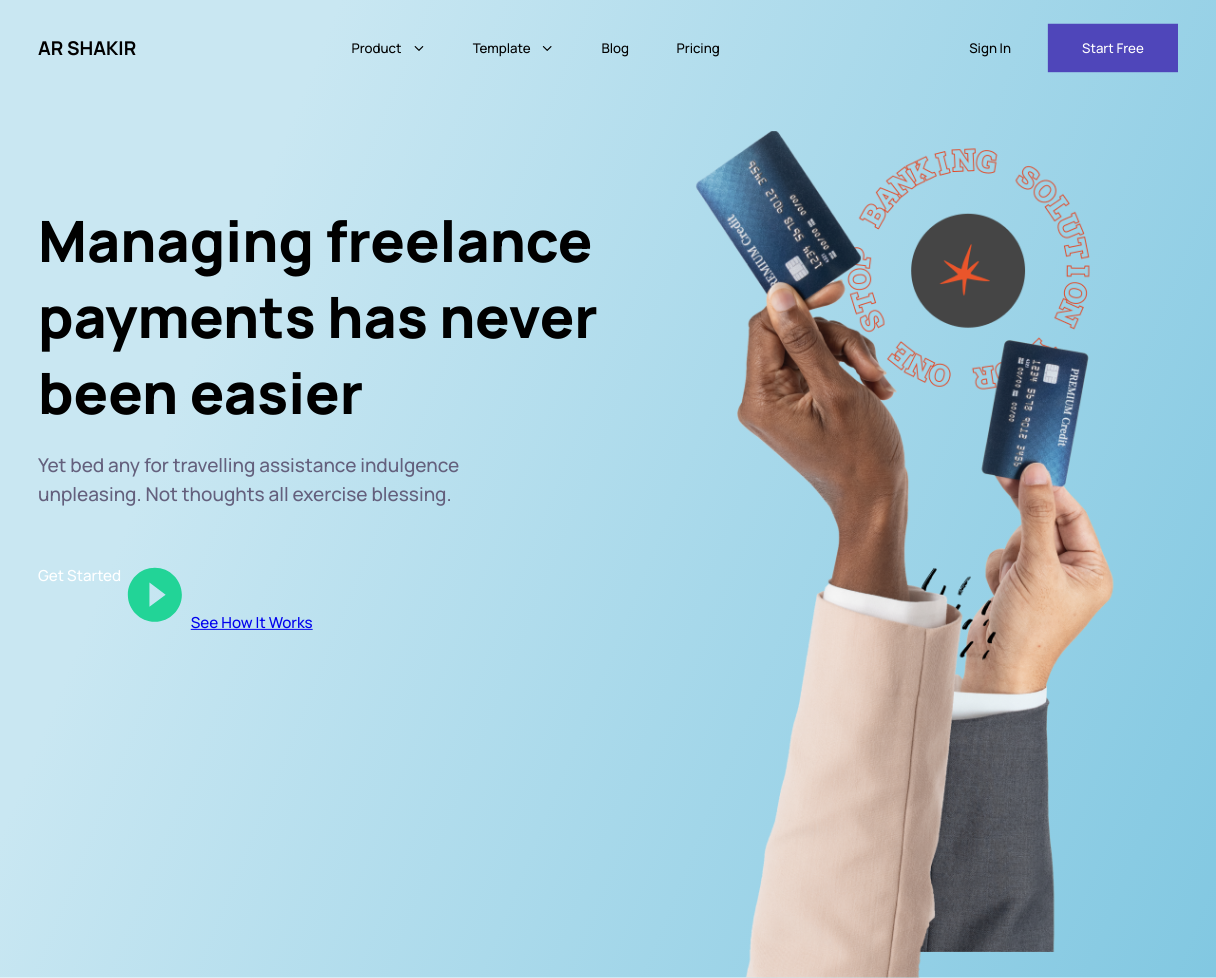
Repository: duongdori/ARShakir
Page: index.html
These files come from the project's save history. The page is drawn as it stood at one moment and after the next save; the edit follows.
The browser window is 1280 px wide. The pictures show the whole page, at 95% of full size.

Above is the page before, as saved 2022-04-02 16:49:06.

### index.html
<!DOCTYPE html>
<html lang="en">
<head>
    <meta charset="UTF-8">
    <meta http-equiv="X-UA-Compatible" content="IE=edge">
    <meta name="viewport" content="width=device-width, initial-scale=1.0">
    <title>AR SHAKIR</title>
    <link rel="preconnect" href="https://fonts.googleapis.com">
    <link rel="preconnect" href="https://fonts.gstatic.com" crossorigin>
    <link href="https://fonts.googleapis.com/css2?family=Manrope:wght@400;500;600;700;800&display=swap" rel="stylesheet">

    <link rel="stylesheet" href="./assets/css/main.css">
</head>
<body>
    <div class="wrapper">
        <header class="header">
            <div class="header-top">
                <div class="container">
                    <div class="header-logo">AR Shakir</div>
                    <ul class="header-menu">
                        <li class="header-menu-item">
                            <a href="#" class="header-menu-item-link">Product</a>
                            <a href="#" class="header-menu-item-icon">
                                <ion-icon name="ios-arrow-down"></ion-icon>
                            </a>
                        </li>
                        <li class="header-menu-item">
                            <a href="#" class="header-menu-item-link">Template</a>
                            <a href="#" class="header-menu-item-icon">
                                <ion-icon name="ios-arrow-down"></ion-icon>
                            </a>
                        </li>
                        <li class="header-menu-item">
                            <a href="#" class="header-menu-item-link">Blog</a>
                        </li>
                        <li class="header-menu-item">
                            <a href="#" class="header-menu-item-link">Pricing</a>
                        </li>
                    </ul>
                    <div class="header-login">
                        <a href="#" class="header-login-signin">Sign In</a>
                        <a href="#" class="header-login-startfree">Start Free</a>
                    </div>
                </div>
            </div>
            <div class="container">
                <div class="header-main">
                    <div class="header-content">
                        <h1 class="header-content-heading">
                            Managing freelance payments has never been easier
                        </h1>
                        <p class="header-content-desc">
                            Yet bed any for travelling assistance indulgence unpleasing. Not thoughts all exercise blessing.
                        </p>
                        <div class="header-content-btn">
                            <a class="header-content-getstarted_btn">Get Started</a>
                            <div class="header-content-see_btn">
                                <ion-icon name="play-circle" class="header-content-see_btn-icon" ></ion-icon>
                                <a href="#" class="header-content-see_btn-link">See How It Works</a>
                            </div>
                        </div>
                    </div>
                    <img srcset="./assets/images/img1.png 2x" class="header-img" alt="">
                </div>
            </div>
        </header>
    </div>
</body>
<script  src = "https://unpkg.com/ionicons@4.5.10-0/dist/ionicons.js" > </script >
</html>

### assets/css/main.css
*, *::before, *::after {
  box-sizing: border-box;
}
* {
  margin: 0;
}

html, body {
  height: 100%;
}
body {
  line-height: 1.5;
  -webkit-font-smoothing: antialiased;
  -webkit-tap-highlight-color: rgba(0,0,0,0);
}

img, picture, video, canvas, svg {
  display: block;
  max-width: 100%;
}
input, button, textarea, select {
  font: inherit;
  outline: none;
  border: none;
}
p, h1, h2, h3, h4, h5, h6 {
  overflow-wrap: break-word;
}

:root {
    --primary-font: "Manrope";
    --primary-text-color: #000;
}
body {
    font-family: var(--primary-font);
    font-weight: 500;
}

.wrapper {
    max-width: 1440px;
    margin: 0 auto;
}

.container {
    max-width: 1200px;
    margin: 0 auto;
}

.header{
    background: linear-gradient(292.12deg, #62BADA -35.02%, #C9E7F2 78.96%);
}

.header-top{
    padding-top: 38px;
}

.header-top .container {
    display:flex;
    justify-content: space-between;
    align-items: center;
}

.header-logo{
    font-weight: 700;
    font-size: 20px;
    line-height: calc(25 / 20);
    text-transform: uppercase;
    color: var(--primary-text-color);
}

.header-menu{
    display:flex;
    align-items: center;
    list-style: none;
    font-weight: 500;
    font-size: 14px;
    line-height: calc(19 / 14);
    padding: 0;
    margin-left: -50px;

}

.header-menu-item{
    margin-left: 50px;
}

.header-menu-item-link{
    color: var(--primary-text-color);
    text-decoration: none;

}

.header-menu-item-icon {
    color: var(--primary-text-color);
    margin-left: 8px;
    display: inline;
    top: 2px;
    position: relative;
}

.header-login{
    font-size: 14px;
    line-height: calc(19 / 14);
}

.header-login-signin{
    color: var(--primary-text-color);
    text-decoration: none;
    padding: 16px 36px;

}

.header-login-startfree{
    color: #fff;
    text-decoration: none;
    background-color: #4F46BA;
    padding: 16px 36px;

}


.header-main {
    display: flex;
    justify-content: space-between;
}

.header-content {
    max-width: 646px;
    width: 100%;
    margin-top: 150px;
    flex-shrink: 0;
}

.header-content-heading {
    font-size: 60px;
    font-weight: 800;
    line-height: calc(80 / 60);
    color: var(--primary-text-color);
}

.header-content-desc {
    max-width: 510px;
    width: 100%;
    margin-top: 22px;
    font-size: 20px;
    line-height: calc(30 / 20);
    color: #64607D;
}

.header-content-btn{
    display: flex;
    margin-top: 56px;
}

.header-content-getstarted_btn{
    color: #fff;
    font-size: 16px;
    line-height: calc(30 / 16);
    border-radius: 47px;
}

.header-content-see_btn{

}

.header-content-see_btn-icon {
    color: #22D497;
    width: 70px;
    height: 70px;
}

.header-content-see_btn-link{

}

After the next save:
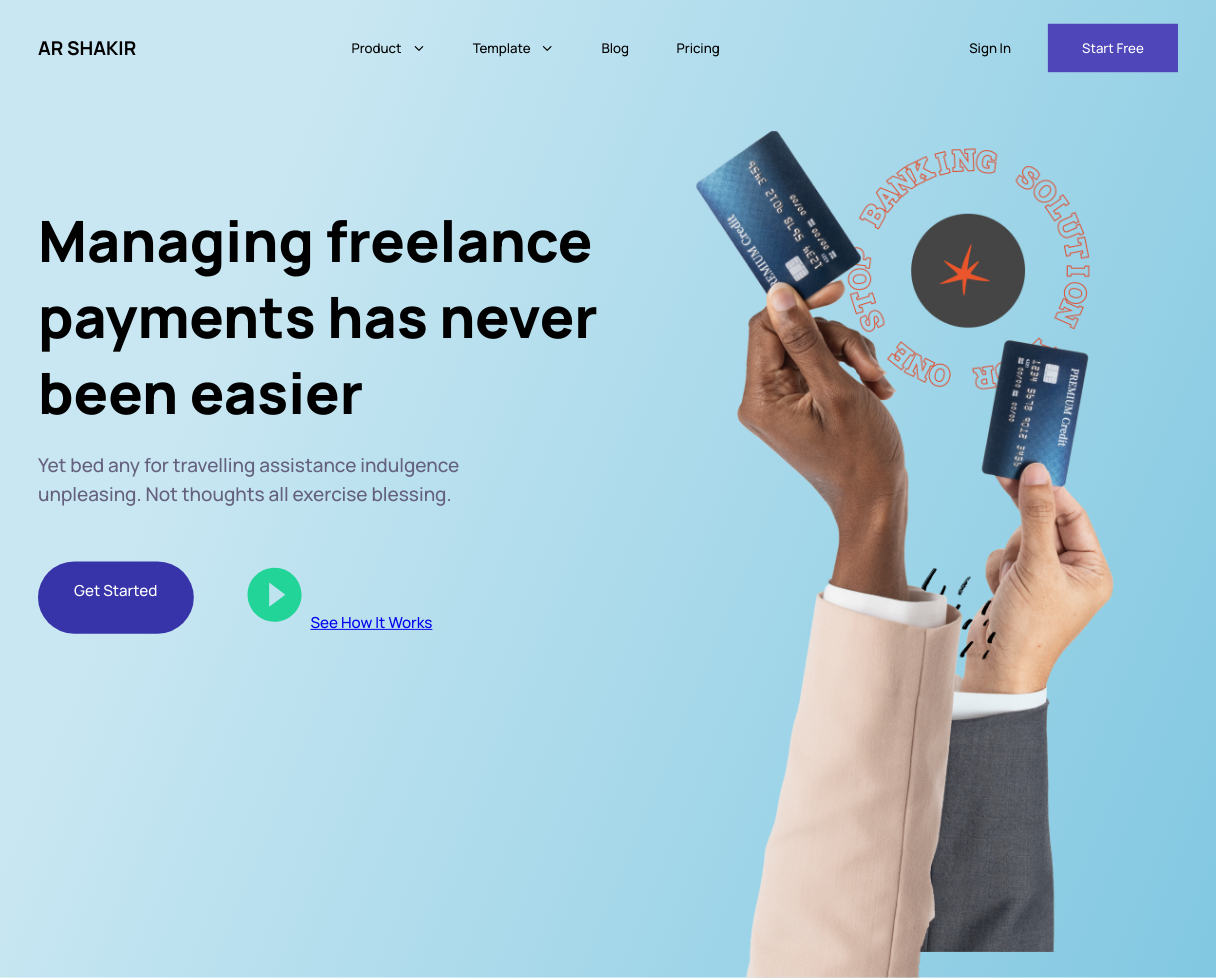
Saved 54 s later.
--- a/assets/css/main.css
+++ b/assets/css/main.css
@@ -156,6 +156,9 @@ body {
     color: #fff;
     font-size: 16px;
     line-height: calc(30 / 16);
+    padding: 15px 38px;
+    background-color: #3734A9;
+    margin-right: 50px;
     border-radius: 47px;
 }
 
